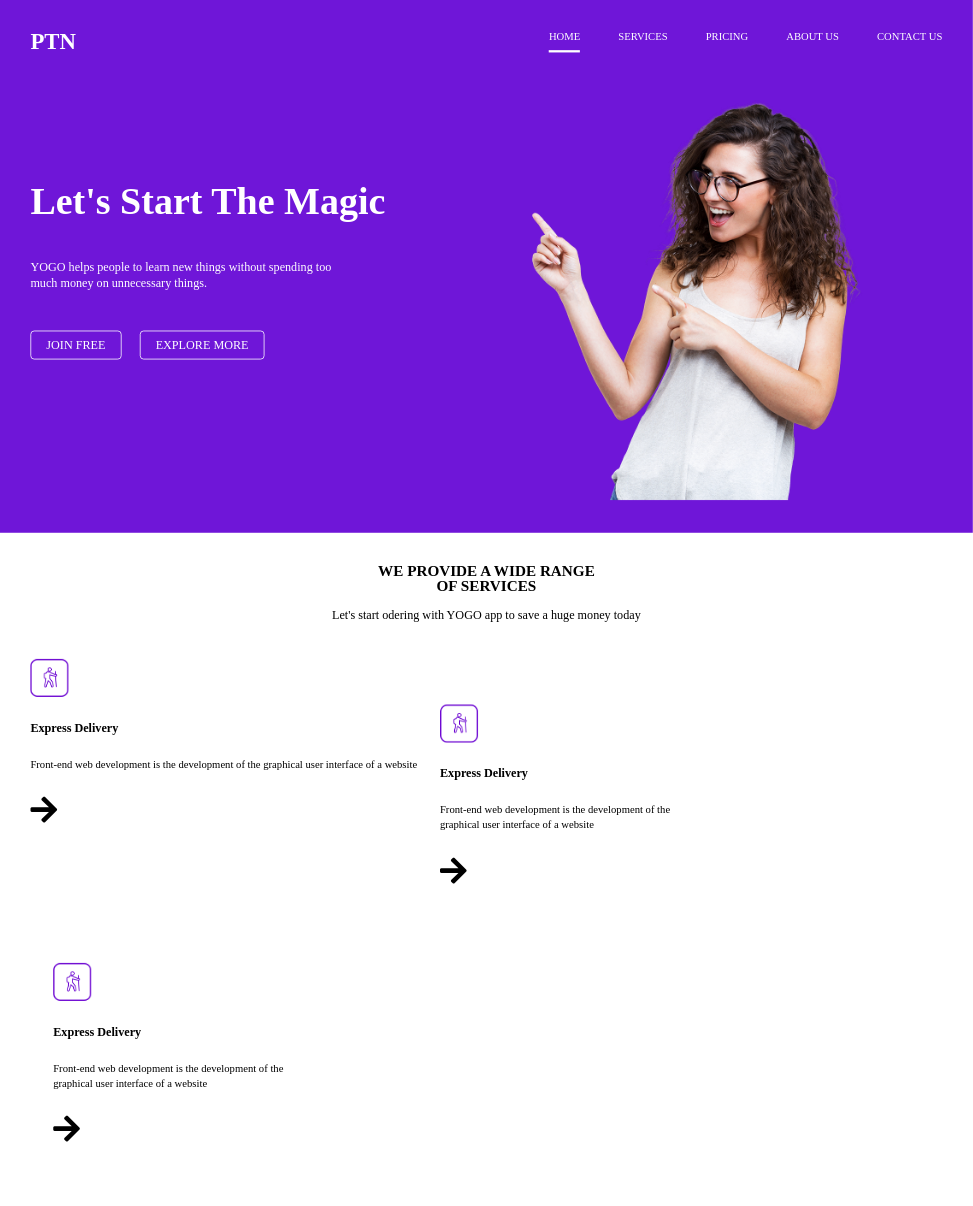
Repository: PhamTrungNguyen/LuyenTap
Page: index.html
The author's editor kept a copy of each file at every save. The page is drawn from the files as they stood at one save, then again after the next save.
The browser window is 1280 px wide. The pictures show the whole page, at 76% of full size.
Some web fonts or font styles are not loaded; a fallback is used. The style sheet was rebuilt from its Sass, Less or Tailwind sources for each picture, by a compiler version that may differ from the author's.

Above is the page before, as saved 2021-12-05 19:54:22.

### index.html
<!DOCTYPE html>
<html lang="en">

<head>
    <meta charset="UTF-8">
    <meta http-equiv="X-UA-Compatible" content="IE=edge">
    <meta name="viewport" content="width=device-width, initial-scale=1.0">
    <title>TN_YoGo</title>
    <link rel="stylesheet" href="./reset.css">
    <link rel="stylesheet" href="./style.css">
    <!-- link truyền icon -->
    <link rel="stylesheet" href="https://cdnjs.cloudflare.com/ajax/libs/font-awesome/5.15.3/css/all.min.css"
        integrity="sha512-iBBXm8fW90+nuLcSKlbmrPcLa0OT92xO1BIsZ+ywDWZCvqsWgccV3gFoRBv0z+8dLJgyAHIhR35VZc2oM/gI1w=="
        crossorigin="anonymous" referrerpolicy="no-referrer" />
    <!-- link font chữ -->
    <link
        href="https://fonts.googleapis.com/css2?family=Roboto:ital,wght@0,300;0,400;1,300;1,400&family=Zen+Loop&display=swap"
        rel="stylesheet">
</head>

<body>
    <!-- -------------------- Logo và menu -------------------- -->
    <header class="header">
        <div class="container">
            <div class="header-main">
                <a href="#" class="header-main_logo">PTN</a>
                <ul class="header-main_menu">
                    <li class="header-main_menu__item">
                        <a href="" class="header-main_menu__link active-home">Home</a>
                    </li>
                    <li class="header-main_menu__item">
                        <a href="" class="header-main_menu__link">Services</a>
                    </li>
                    <li class="header-main_menu__item">
                        <a href="" class="header-main_menu__link">Pricing</a>
                    </li>
                    <li class="header-main_menu__item">
                        <a href="" class="header-main_menu__link">About Us</a>
                    </li>
                    <li class="header-main_menu__item">
                        <a href="" class="header-main_menu__link">Contact Us</a>
                    </li>
                </ul>
            </div>
            <!-- -------------------- Phần header trung tâm -------------------- -->
            <div class="header-center">
                <div class="header-left">
                    <h2 class="header-left_title">Let's Start The Magic</h2>
                    <p class="header-left_desc">YOGO helps people to learn new things without spending too much money on
                        unnecessary things.</p>
                    <div class="header-left_click">
                        <a href="" class="header-left_link">join free</a>
                        <a href="" class="header-left_link">explore more</a>
                    </div>
                </div>
                <div class="header-right">
                    <img src="./images/home-pic.png" alt="" class="header-right_image">
                </div>
            </div>
        </div>
    </header>
    <!-- -------------------- Phần service ( dưới header ) -------------------- -->
    <section class="service">
        <div class="container">
            <div class="service-over">
                <h2 class="service-over_title">we provide a wide range of services</h2>
                <p class="service-over_desc">Let's start odering with YOGO app to save a huge money today</p>
            </div>
            <div class="service-below">
                <div class="service-below__list">
                    <div class="service-below__block">
                        <img src="./images/Icon-1.png" alt="" class="service-below_icon">
                        <h3 class="service-below_title">Express Delivery</h3>
                        <span class="service-below_desc">Front-end web development is the development of the graphical user interface of a website</span>
                        <div class="service-below_item">
                            <i class="fas fa-arrow-right"></i>
                        </div>
                    </div>
                </div>
                <div class="service-below--list">
                    <div class="service-below--block">
                        <img src="./images/Icon-1.png" alt="" class="service-below_icon">
                        <h3 class="service-below_title">Express Delivery</h3>
                        <span class="service-below_desc">Front-end web development is the development of the graphical user interface of a website</span>
                        <div class="service-below_item">
                            <i class="fas fa-arrow-right"></i>
                        </div>
                    </div>
                </div>
                <div class="service-below--list">
                    <div class="service-below--block">
                        <img src="./images/Icon-1.png" alt="" class="service-below_icon">
                        <h3 class="service-below_title">Express Delivery</h3>
                        <span class="service-below_desc">Front-end web development is the development of the graphical user interface of a website</span>
                        <div class="service-below_item">
                            <i class="fas fa-arrow-right"></i>
                        </div>
                    </div>
                </div>

            </div>
        </div>
    </section>

</body>

</html>

### reset.css
/* http://meyerweb.com/eric/tools/css/reset/
   v2.0 | 20110126
   License: none (public domain)
*/

html,
body,
div,
span,
applet,
object,
iframe,
h1,
h2,
h3,
h4,
h5,
h6,
p,
blockquote,
pre,
a,
abbr,
acronym,
address,
big,
cite,
code,
del,
dfn,
em,
img,
ins,
kbd,
q,
s,
samp,
small,
strike,
strong,
sub,
sup,
tt,
var,
b,
u,
i,
center,
dl,
dt,
dd,
ol,
ul,
li,
fieldset,
form,
label,
legend,
table,
caption,
tbody,
tfoot,
thead,
tr,
th,
td,
article,
aside,
canvas,
details,
embed,
figure,
figcaption,
footer,
header,
hgroup,
menu,
nav,
output,
ruby,
section,
summary,
time,
mark,
audio,
video {
  margin: 0;
  padding: 0;
  border: 0;
  font-size: 100%;
  font: inherit;
  vertical-align: baseline;
}
/* HTML5 display-role reset for older browsers */
article,
aside,
details,
figcaption,
figure,
footer,
header,
hgroup,
menu,
nav,
section {
  display: block;
}
body {
  line-height: 1;
}
ol,
ul {
  list-style: none;
}
blockquote,
q {
  quotes: none;
}
blockquote:before,
blockquote:after,
q:before,
q:after {
  content: "";
  content: none;
}
table {
  border-collapse: collapse;
  border-spacing: 0;
}

### style.scss
html {
  font-size: 62.5%;
}
* {
  box-sizing: border-box;
}
body {
  font-family: "Bona Nova", serif;
  font-size: 1.6rem;
  font-weight: normal;
  outline: none;
}
a {
  text-decoration: none;
}
img {
  max-width: 100%;
}
.container {
  padding: 4rem;
}
.active-home {
  border-bottom: 3px solid white !important;
  padding-bottom: 10px;
}
.header {
  //-------------------- Logo và menu --------------------
  background-color: #6f16d8;
  &-main {
    // max-width: 1100px;
    display: flex;
    flex-direction: row;
    justify-content: space-between;
    &_logo {
      display: inline-block;
      text-transform: uppercase;
      font-size: 3rem;
      font-weight: 700;
      color: white;
    }
    &_menu {
      cursor: pointer;
      display: flex;
      flex-direction: row;
      position: relative;
      &__item:not(:last-child) {
        margin-right: 5rem;
      }
      &__link {
        text-transform: uppercase;
        display: inline-block;
        color: white;
        font-size: 1.4rem;
        border-bottom: 2px solid transparent;
        padding-bottom: 10px;
        transition: all 0.25s linear;
      }
      &__link:hover {
        color: black;
        border-bottom: 3px solid white;
      }
    }
  }
}
@media screen and (max-width: 767px) {
  .container {
    padding: 3rem;
  }
  .header-main {
    display: block;
    &_logo {
      display: block;
      text-align: center;
      padding-bottom: 1rem;
    }
  }
  .header-main_menu__item:not(:last-child) {
    margin-right: 1.4rem;
  }
  .header-main_menu__link {
    font-size: 1.5rem;
    text-transform: capitalize;
  }
}
//-------------------- Phần header trung tâm --------------------
.header {
  &-center {
    padding-top: 15rem;
    display: flex;
    justify-content: space-between;
  }
  &-left {
    margin-top: 2rem;
    &_title {
      color: white;
      font-size: 5rem;
      font-weight: bold;
      padding-bottom: 5rem;
    }
    &_desc {
      color: white;
      max-width: 400px;
      line-height: 1.4;
      padding-bottom: 5rem;
    }
    &_link {
      display: inline-block;
      padding: 1rem 2rem;
      color: white;
      text-transform: uppercase;
      border-radius: 0.5rem;
      border: 1px solid white;
      transition: all 0.25s linear;
      margin-right: 2rem;
    }
    &_link:hover {
      background-color: #fff;
      color: black;
    }
  }
  &-right {
    margin-right: 10rem;
    margin-top: -10rem;
    &_image {
      width: 45rem;
    }
  }
}
@media screen and (max-width: 1023px) {
  .header-left {
    margin-top: 0rem;
  }
  .header-center {
    padding-top: 8rem;
  }
  .header-right {
    margin-right: 0rem;
    margin-top: -3rem;
  }
  .header-left_title {
    padding-bottom: 3rem;
  }
  .header-left_desc {
    max-width: 350px;
    padding-bottom: 4rem;
  }
}
@media  screen and (max-width:767px){
  .header-center {
    padding-top: 4rem;
}
  .header-left_title {
    font-size: 2rem;
    padding-bottom: 2rem;
}
.header-right_image {
  width: 50rem;
  height: 24rem;
}
.header-right {
  margin-right: -3rem;
  margin-top: 0rem;
}
.header-left_desc {
  line-height: 1.2;
  padding-bottom: 0rem;
  font-size: 1.2rem;
}
.header-left_link {
  margin-top: 2rem;
  padding: 0.5rem 1rem;
  font-size: 1.5rem;
  margin-right: 0rem;
  max-width: 10rem;
  text-align: center;
}
}
//-------------------- Phần service ( dưới header ) --------------------
.service
{
  &-over
  {
    padding-bottom: 5rem;
    text-align: center;
    &_title
    {
      margin: 0 auto;
      text-transform: uppercase;
      color: black;
      font-size: 2rem;
      font-weight: 600;
      max-width:300px;
      padding-bottom: 2rem;
    }
  }
  &-below
  {
    display:flex;
    flex-wrap: wrap;
    &--block{
      padding:6rem 3rem 4rem 3rem;
      // background-color: #6f16d8;
      border-radius:1rem;
    }
    &--list{
      width: calc(33.33% - 2rem);
      transition: all 0.5s ease;
    }
    &--list:hover{
      .service-below--block{
        transition: all 0.5s ease;
        background-color: #6f16d8
      }
    }
    &--list:not(:last-child)
    {
      margin-right: 3rem;

    }
    &_icon {
     width:5rem;
     height:5rem;
     margin-bottom: 3rem;
    }
    &_title{
      color: black;
      font-weight: 600;
      margin-bottom: 3rem;
    }
    &_desc{
      color: black;
      line-height:1.4;
      word-break: break-word;
      font-size: 1.4rem;
    }
    &_item{
      margin-top: 3rem;
      font-size: 4rem;
    }
  }
}

After the next save:
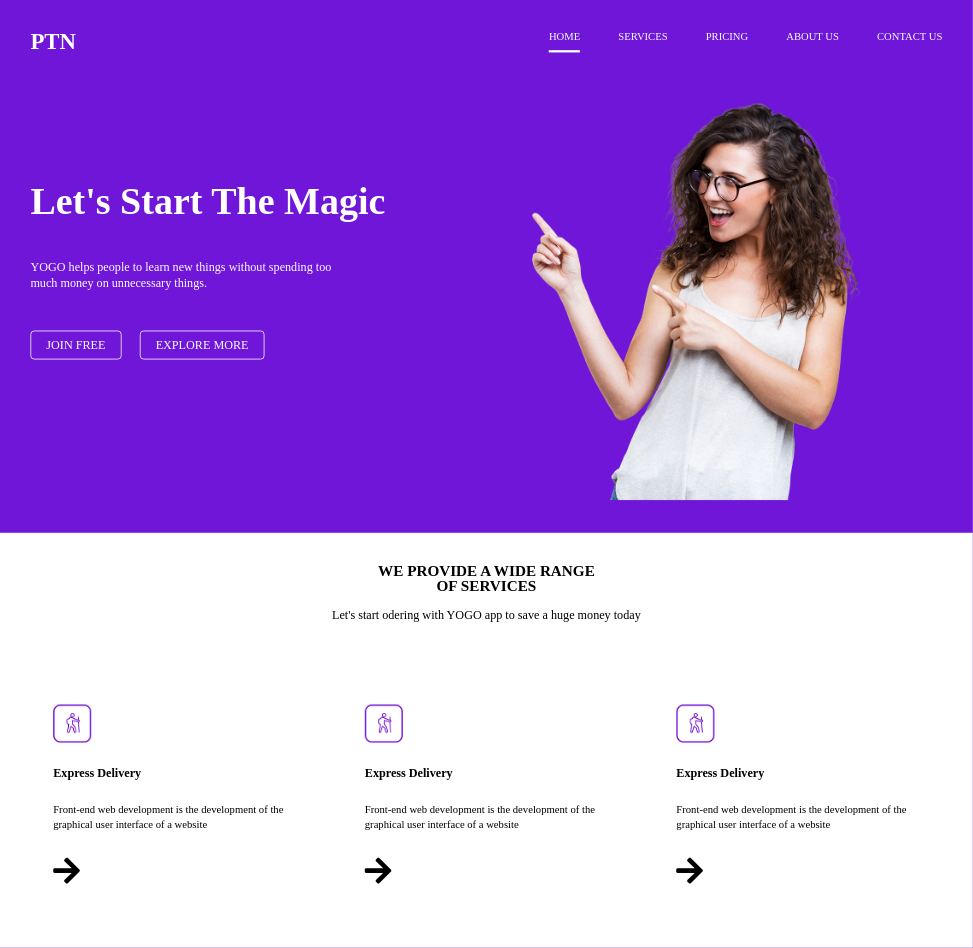
Saved 5 s later.
--- a/index.html
+++ b/index.html
@@ -67,8 +67,8 @@
                 <p class="service-over_desc">Let's start odering with YOGO app to save a huge money today</p>
             </div>
             <div class="service-below">
-                <div class="service-below__list">
-                    <div class="service-below__block">
+                <div class="service-below--list">
+                    <div class="service-below--block">
                         <img src="./images/Icon-1.png" alt="" class="service-below_icon">
                         <h3 class="service-below_title">Express Delivery</h3>
                         <span class="service-below_desc">Front-end web development is the development of the graphical user interface of a website</span>
